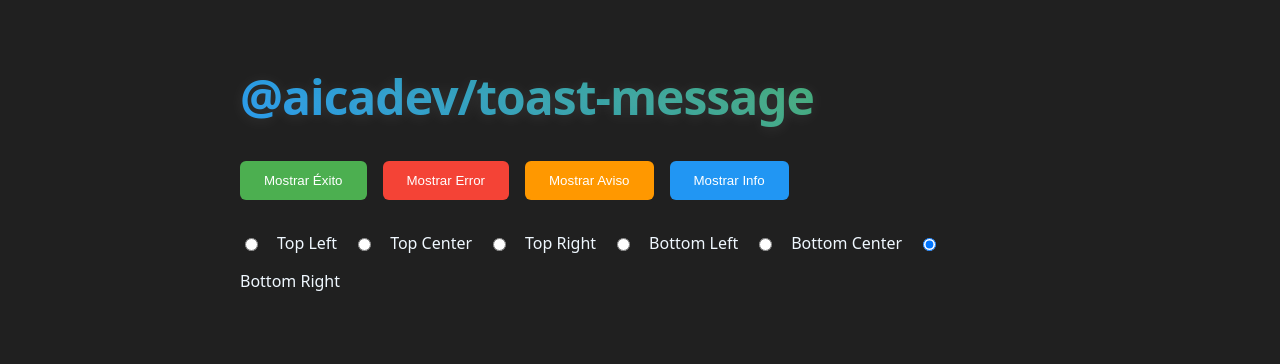
Repository: aitorcachero/aicadev-toast-message
Page: index.html
These files come from the project's save history. The page is drawn as it stood at one moment and after the next save; the edit follows.
The browser window is 1280 px wide. The pictures show the whole page.

Above is the page before, as saved 2025-05-22 17:36:55.

### index.html
<!DOCTYPE html>
<html lang="es">

<head>
  <meta charset="UTF-8" />
  <title>Toast Message Demo</title>
  <style>
    body {
      font-family: system-ui, -apple-system, sans-serif;
      max-width: 800px;
      margin: 0 auto;
      padding: 2rem;
      background-color: rgb(32, 32, 32);
    }

    h1 {
      color: transparent;
      background: linear-gradient(45deg, #2196f3, #4caf50, #ff9800);
      background-size: 200% 200%;
      background-clip: text;
      -webkit-background-clip: text;
      font-size: 3rem;
      font-weight: 800;
      text-align: start;
      margin-bottom: 2rem;
      animation: gradient 5s ease infinite;
      text-shadow: 0 2px 15px rgba(255, 255, 255, 0.1);
      letter-spacing: -1px;
    }

    @keyframes gradient {
      0% {
        background-position: 0% 50%;
      }

      50% {
        background-position: 100% 50%;
      }

      100% {
        background-position: 0% 50%;
      }
    }

    .button-group {
      display: flex;
      gap: 1rem;
      flex-wrap: wrap;
      margin: 2rem 0;
    }

    button {
      padding: 0.75rem 1.5rem;
      border: none;
      border-radius: 6px;
      cursor: pointer;
      font-weight: 500;
      transition: all 0.2s;
    }

    button:hover {
      transform: translateY(-2px);
    }

    .success {
      background: #4caf50;
      color: white;
    }

    .error {
      background: #f44336;
      color: white;
    }

    .warning {
      background: #ff9800;
      color: white;
    }

    .info {
      background: #2196f3;
      color: white;
    }
  </style>
</head>

<body>
  <h1>@aicadev/toast-message</h1>

  <div class="button-group">
    <button class="success"
      onclick="showToast('¡Operación completada con éxito!', 'success', 3000, 'bottom-right', true)">
      Mostrar Éxito
    </button>

    <button class="error" onclick="showToast('Ha ocurrido un error', 'error', 4000, 'bottom-right', true)">
      Mostrar Error
    </button>

    <button class="warning" onclick="showToast('Advertencia: Acción pendiente', 'warning', 3000, 'bottom-right', true)">
      Mostrar Aviso
    </button>

    <button class="info" onclick="showToast('Información importante', 'info', 3000, 'bottom-right', true)">
      Mostrar Info
    </button>
  </div>

  <div class="button-group" style="color: aliceblue;">
    <input type="radio" id="top-left" name="position" value="top-left">
    <label for="top-left">Top Left</label>
    <input type="radio" id="top-center" name="position" value="top-center">
    <label for="top-center">Top Center</label>
    <input type="radio" id="top-right" name="position" value="top-right">
    <label for="top-right">Top Right</label>
    <input type="radio" id="bottom-left" name="position" value="bottom-left">
    <label for="bottom-left">Bottom Left</label>
    <input type="radio" id="bottom-center" name="position" value="bottom-center">
    <label for="bottom-center">Bottom Center</label>
    <input type="radio" id="bottom-right" name="position" value="bottom-right" checked>
    <label for="bottom-right">Bottom Right</label>
  </div>


  <script type="module">
    import './src/toast-message.js';

    window.showToast = function (message, type = 'info', duration = 3000, position = 'top-right', closeable = false) {
      // Obtener la posición seleccionada del radio button
      const selectedPosition = document.querySelector('input[name="position"]:checked').value;

      const toast = document.createElement('toast-message');
      toast.innerHTML = message;
      toast.setAttribute('type', type);
      toast.setAttribute('duration', duration);
      toast.setAttribute('position', selectedPosition); // Usar la posición seleccionada
      if (closeable) {
        toast.setAttribute('closeable', '');
      }
      document.body.appendChild(toast);
    };
  </script>
</body>

</html>

### src/toast-message.js
export class ToastMessage extends HTMLElement {
  static toasts = {
    'top-right': [],
    'top-left': [],
    'top-center': [],
    'bottom-right': [],
    'bottom-left': [],
    'bottom-center': [],
  };

  constructor() {
    super();
    this.attachShadow({ mode: 'open' });
  }

  connectedCallback() {
    const type = this.getAttribute('type') || 'info';
    const duration = parseInt(this.getAttribute('duration')) || 3000;
    const position = this.getAttribute('position') || 'top-right';
    const message = this.innerHTML;
    const closeable = this.hasAttribute('closeable');

    // Configurar posición inicial
    this.style.position = 'fixed';
    this.style.zIndex = '9999';

    // Reducido el espacio entre toasts a 60px (40px del toast + 20px de espacio)
    if (position.includes('bottom')) {
      const bottomOffset = 20 + ToastMessage.toasts[position].length * 60;
      this.style.bottom = `${bottomOffset}px`;
    } else {
      const topOffset = 20 + ToastMessage.toasts[position].length * 60;
      this.style.top = `${topOffset}px`;
    }

    // Posicionamiento horizontal
    if (position.includes('left')) {
      this.style.left = '20px';
    } else if (position.includes('right')) {
      this.style.right = '20px';
    } else {
      this.style.left = '50%';
      this.style.transform = 'translateX(-50%)';
    }

    // Añadir al array
    ToastMessage.toasts[position].push(this);

    const colors = {
      success: '#4caf50',
      error: '#f44336',
      warning: '#ff9800',
      info: '#2196f3',
    };

    const icon = {
      success: '✔️',
      error: '❌',
      warning: '⚠️',
      info: 'ℹ️',
    };

    const style = `
      :host {
        display: block;
        opacity: 0;
        animation: fadeIn 0.3s ease-out forwards;
      }

      .toast {
        background: ${colors[type]};
        color: white;
        padding: 0.75rem 1rem; /* Reducido el padding vertical */
        margin: 0.25rem 0; /* Reducido el margen */
        border-radius: 8px;
        box-shadow: 0 4px 12px rgba(0, 0, 0, 0.2);
        font-family: system-ui, -apple-system, sans-serif;
        font-size: 0.9rem;
        min-width: 250px;
        max-width: 350px;
        display: flex;
        align-items: center;
        justify-content: space-between;
        opacity: 0.95;
        transition: all 0.3s ease;
      }

      .toast.fade-out {
        opacity: 0;
        transform: translateX(${position.includes('right') ? '100%' : '-100%'});
      }

      .toast:hover {
        opacity: 1;
        box-shadow: 0 6px 16px rgba(0, 0, 0, 0.3);
      }

      .content {
        display: flex;
        align-items: center;
        gap: 8px;
        flex: 1;
      }

      .close-btn {
        background: none;
        border: none;
        color: white;
        cursor: pointer;
        padding: 0 4px;
        font-size: 1.2rem;
        opacity: 0.7;
        transition: opacity 0.2s;
      }

      .close-btn:hover {
        opacity: 1;
      }

      @keyframes fadeIn {
        from {
          opacity: 0;
          transform: translateX(${
            position.includes('right') ? '100%' : '-100%'
          });
        }
        to {
          opacity: 1;
          transform: translateX(0);
        }
      }
    `;

    const closeButton = closeable
      ? '<button class="close-btn" aria-label="Cerrar notificación">×</button>'
      : '';

    this.shadowRoot.innerHTML = `
      <style>${style}</style>
      <div class="toast" role="alert" aria-live="polite">
        <div class="content">
          <span aria-hidden="true">${icon[type]}</span>
          <span>${message}</span>
        </div>
        ${closeButton}
      </div>
    `;

    if (closeable) {
      this.shadowRoot
        .querySelector('.close-btn')
        .addEventListener('click', () => {
          this.startRemoval();
        });
    }

    if (duration !== 0) {
      setTimeout(() => this.startRemoval(), duration);
    }
  }

  startRemoval() {
    const toast = this.shadowRoot.querySelector('.toast');
    const position = this.getAttribute('position') || 'top-right';

    toast.classList.add('fade-out');

    setTimeout(() => {
      const index = ToastMessage.toasts[position].indexOf(this);
      if (index > -1) {
        ToastMessage.toasts[position].splice(index, 1);
        this.remove();
        this.updateRemainingToasts(position);
      }
    }, 300);
  }

  updateRemainingToasts(position) {
    const toasts = ToastMessage.toasts[position];
    toasts.forEach((toast, i) => {
      if (position.includes('bottom')) {
        toast.style.bottom = `${20 + i * 60}px`; // Actualizado el espaciado
      } else {
        toast.style.top = `${20 + i * 60}px`; // Actualizado el espaciado
      }
    });
  }

  disconnectedCallback() {
    const closeBtn = this.shadowRoot.querySelector('.close-btn');
    if (closeBtn) {
      closeBtn.removeEventListener('click', () => this.startRemoval());
    }
  }
}

if (!customElements.get('toast-message')) {
  customElements.define('toast-message', ToastMessage);
}

After the next save:
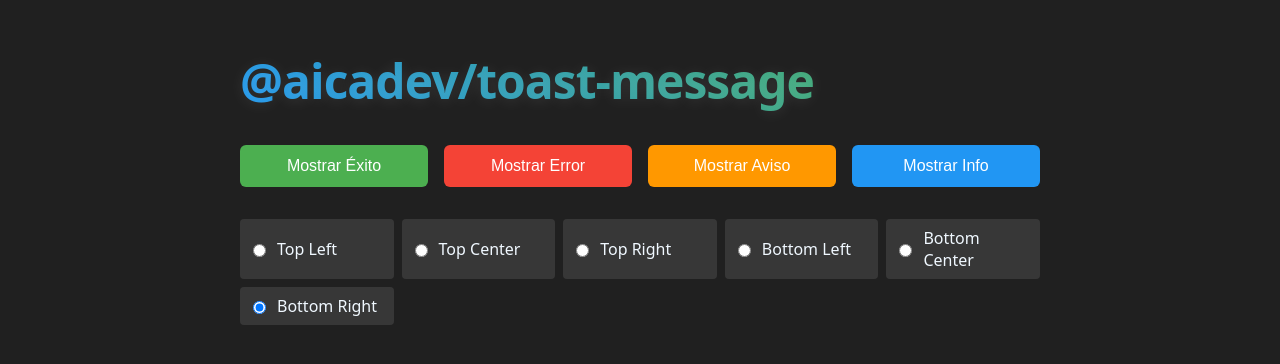
Saved 3 min 25 s later.
--- a/index.html
+++ b/index.html
@@ -1,15 +1,15 @@
 <!DOCTYPE html>
 <html lang="es">
-
 <head>
   <meta charset="UTF-8" />
+  <meta name="viewport" content="width=device-width, initial-scale=1.0" />
   <title>Toast Message Demo</title>
   <style>
     body {
       font-family: system-ui, -apple-system, sans-serif;
       max-width: 800px;
       margin: 0 auto;
-      padding: 2rem;
+      padding: 1rem;
       background-color: rgb(32, 32, 32);
     }
 
@@ -19,13 +19,71 @@
       background-size: 200% 200%;
       background-clip: text;
       -webkit-background-clip: text;
-      font-size: 3rem;
+      font-size: clamp(2rem, 5vw, 3rem);
       font-weight: 800;
       text-align: start;
       margin-bottom: 2rem;
       animation: gradient 5s ease infinite;
       text-shadow: 0 2px 15px rgba(255, 255, 255, 0.1);
       letter-spacing: -1px;
+    }
+
+    .button-group {
+      display: flex;
+      gap: 0.75rem;
+      flex-wrap: wrap;
+      margin: 1.5rem 0;
+    }
+
+    button {
+      padding: 0.75rem 1rem;
+      border: none;
+      border-radius: 6px;
+      cursor: pointer;
+      font-weight: 500;
+      transition: all 0.2s;
+      flex: 1;
+      min-width: 140px;
+      font-size: clamp(0.875rem, 2vw, 1rem);
+    }
+
+    .radio-group {
+      display: grid;
+      grid-template-columns: repeat(auto-fit, minmax(150px, 1fr));
+      gap: 0.5rem;
+      color: aliceblue;
+    }
+
+    .radio-option {
+      display: flex;
+      align-items: center;
+      gap: 0.5rem;
+      padding: 0.5rem;
+      border-radius: 4px;
+      background: rgba(255, 255, 255, 0.1);
+    }
+
+    .radio-option:hover {
+      background: rgba(255, 255, 255, 0.15);
+    }
+
+    @media (max-width: 600px) {
+      body {
+        padding: 1rem;
+      }
+
+      .button-group {
+        gap: 0.5rem;
+      }
+
+      button {
+        width: 100%;
+        padding: 0.625rem 0.875rem;
+      }
+
+      .radio-group {
+        grid-template-columns: repeat(2, 1fr);
+      }
     }
 
     @keyframes gradient {
@@ -106,19 +164,31 @@
     </button>
   </div>
 
-  <div class="button-group" style="color: aliceblue;">
-    <input type="radio" id="top-left" name="position" value="top-left">
-    <label for="top-left">Top Left</label>
-    <input type="radio" id="top-center" name="position" value="top-center">
-    <label for="top-center">Top Center</label>
-    <input type="radio" id="top-right" name="position" value="top-right">
-    <label for="top-right">Top Right</label>
-    <input type="radio" id="bottom-left" name="position" value="bottom-left">
-    <label for="bottom-left">Bottom Left</label>
-    <input type="radio" id="bottom-center" name="position" value="bottom-center">
-    <label for="bottom-center">Bottom Center</label>
-    <input type="radio" id="bottom-right" name="position" value="bottom-right" checked>
-    <label for="bottom-right">Bottom Right</label>
+  <div class="radio-group">
+    <div class="radio-option">
+      <input type="radio" id="top-left" name="position" value="top-left">
+      <label for="top-left">Top Left</label>
+    </div>
+    <div class="radio-option">
+      <input type="radio" id="top-center" name="position" value="top-center">
+      <label for="top-center">Top Center</label>
+    </div>
+    <div class="radio-option">
+      <input type="radio" id="top-right" name="position" value="top-right">
+      <label for="top-right">Top Right</label>
+    </div>
+    <div class="radio-option">
+      <input type="radio" id="bottom-left" name="position" value="bottom-left">
+      <label for="bottom-left">Bottom Left</label>
+    </div>
+    <div class="radio-option">
+      <input type="radio" id="bottom-center" name="position" value="bottom-center">
+      <label for="bottom-center">Bottom Center</label>
+    </div>
+    <div class="radio-option">
+      <input type="radio" id="bottom-right" name="position" value="bottom-right" checked>
+      <label for="bottom-right">Bottom Right</label>
+    </div>
   </div>
 
 
@@ -141,5 +211,4 @@
     };
   </script>
 </body>
-
 </html>
